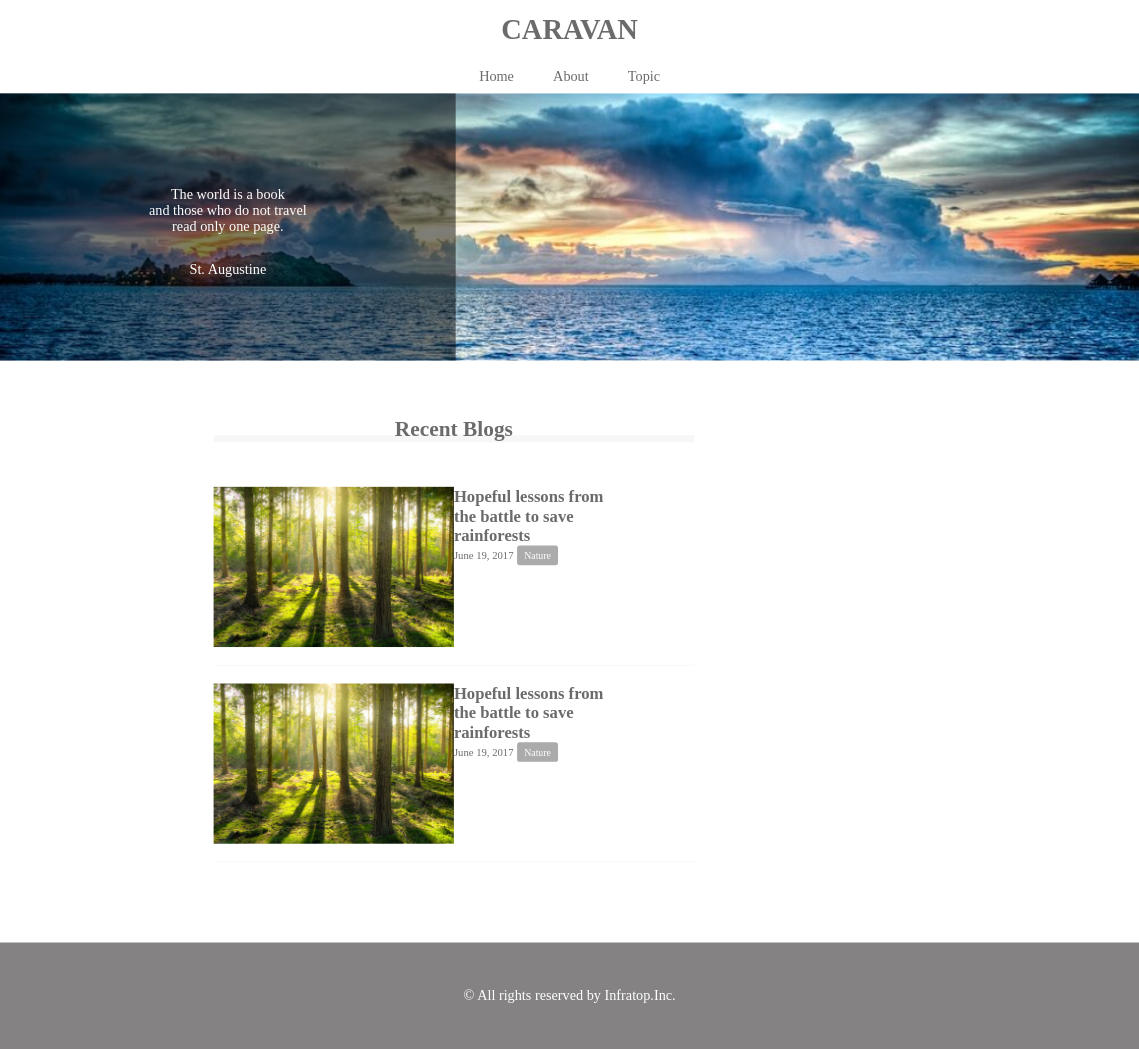
Repository: RAM-OK/git-practice
Page: caravan/index.html
The author's editor kept a record of every edit. The page is drawn from the files as they stood at one moment, then again after the next edit.
The browser window is 1280 px wide. The pictures show the whole page, at 89% of full size.

Above is the page before.

### caravan/index.html
<!DOCTYPE html>
<html lang="ja">
  <head>
    <meta charset="UTF-8" />
    <!-- CSSファイルの読み込み -->
    <link rel="stylesheet" href="style.css" />
    <title>CARAVAN</title>
  </head>

  <body>
    <!-- header -->
    <header>
      <h1 class="heading">
        <a href="index.html">
          CARAVAN
        </a>
      </h1>
    </header>

    <!-- navigation -->
    <nav>
      <ul class="nav-list">
        <li class="nav-list-item">
          <a href="index.html">Home</a>
        </li>
        <li class="nav-list-item">About</li>
        <li class="nav-list-item">Topic</li>
        </ul>
    </nav>

    <!-- main-visual用のdiv -->
    <div class="main-visual">
      <div class="main-visual-content">
    <p class="main-visual-text">
      The world is a book<br />
      and those who do not travel<br />
      read only one page.
    </p>
    <p class="main-visual-name">
      St. Augustine
    </p>
    　</div>
    </div>

    <!-- main用のdiv -->
    <main>
      <section class="blog">
        <h2 class="blog-heading">Recent Blogs</h2>
        <div class="blog-box">
        <div class="blog-item">
          <img class="blog-image" src="img/forest.jpg">
          <section class="blog-text">
            <h3 class="blog-text-heading">
              <a href="single.html">
                Hopeful lessons from<br />
                the battle to save<br />
                rainforests
              </a>
            </h3>
            <p class="blog-date">June 19, 2017</p>
            <span class="category">Nature</span>
          </section>
        </div>
        <div class="blog-item">
          <img class="blog-image" src="img/forest.jpg">
          <section class="blog-text">
            <h3 class="blog-text-heading">
              <a href="single.html">
                Hopeful lessons from<br />
                the battle to save<br />
                rainforests
              </a>
            </h3>
            <p class="blog-date">June 19, 2017</p>
            <span class="category">Nature</span>
          </section>
        </div>

        </div>
       </div>
      </section>
      <div class="sidebar"></div>
    </main>

    <!-- footer -->
    <footer>
      <p class="footer-text">︎© All rights reserved by Infratop.Inc. </p>
    </footer>
  </body>
</html>

### caravan/style.css
/* ブラウザがそれぞれ持っているCSSをリセットするための記述 */
* {
  margin: 0;
  padding: 0;
  box-sizing: border-box;
  color: #6c6b6b;
}

a {
  text-decoration: none;
}

header {
  width: 90%; /* 横幅90% */
  padding: 15px 0;
  margin: 0 auto;
  text-align: center;
}

header .heading { /* headerタグ内のheadingクラスにのみ反映される */
 font-size: 32px;
}

.nav-list {
  text-align: center;
  padding: 10px 0;
  margin: 0 auto;
}

.nav-list-item {
  list-style: none;
  display: inline-block;
  margin: 0 20px;
}

.main-visual {
  width: 100%; /* 横幅いっぱい */
  height: 300px; /* 高さ300px */
  background-image: url(img/mv.jpg);
  background-size: cover; /* 縦横比を維持したまま背景領域を埋め尽くす */
  background-position: center; /* 背景画像を中央に配置 */
}

.main-visual-content {
  width: 40%; /* 横幅40% */
  height: 300px; /* 親の高さに揃える */
  background-color: rgba(0,0,0,0.5); /* 背景色を半透明の黒にする */
  text-align: center; /* 文字を中央揃えにする */
  padding-top: 105px; /* 上側の内側余白で垂直方向の位置を調整 */
}

.main-visual-text {
  color: #fff; /* 文字色を白に変更 */
}

.main-visual-name {
  margin-top: 30px; /* 上側の外側の余白 */
  color: #fff; /* 文字色を白に変更 */
}

main {
 width: 800px; /* 横幅800px */
 display: flex; /* Flexboxの利用 */
 justify-content: center; /* 要素横並び・中央寄せ */
 margin: 0 auto; /* 要素の中央揃え */
 padding: 70px 0; /* 上下に70px、左右に0pxの余白 */
}

.blog {
  width: 540px;
  margin-right: 30px; /* 領域の右側余白 */
}

.blog-heading {
  border-bottom: 8px solid #f7f7f7;
  text-align: center;
  line-height: 0.6;
}

.blog-box {
  padding-top: 50px;
}

.blog-item {
  padding-bottom: 20px;
  margin-bottom: 20px;
  border-bottom: 1px solid #f7f7f7;
  display: flex;
  justify-content: flex-start;
}

.blog-image {
  height: 180px;
}

.blog-text {
  padding: 25px 0 0 , 30px;
}



.blog-date {
  font-size: 12px;
  display: inline-block;
}

.category {
  display: inline-block;
  padding: 5px 8px;
  background-color: #acabab;
  border-radius: 3px;
  color: #fff;
  font-size: 11px;
}

.sidebar {
  width: 230px;
}

footer {
  width: 100%;
  height: 120px;
  text-align: center;
  line-height: 120px;
  background-color: #848282;
}

.footer-text {
  color: #fff;
}

After the next edit:
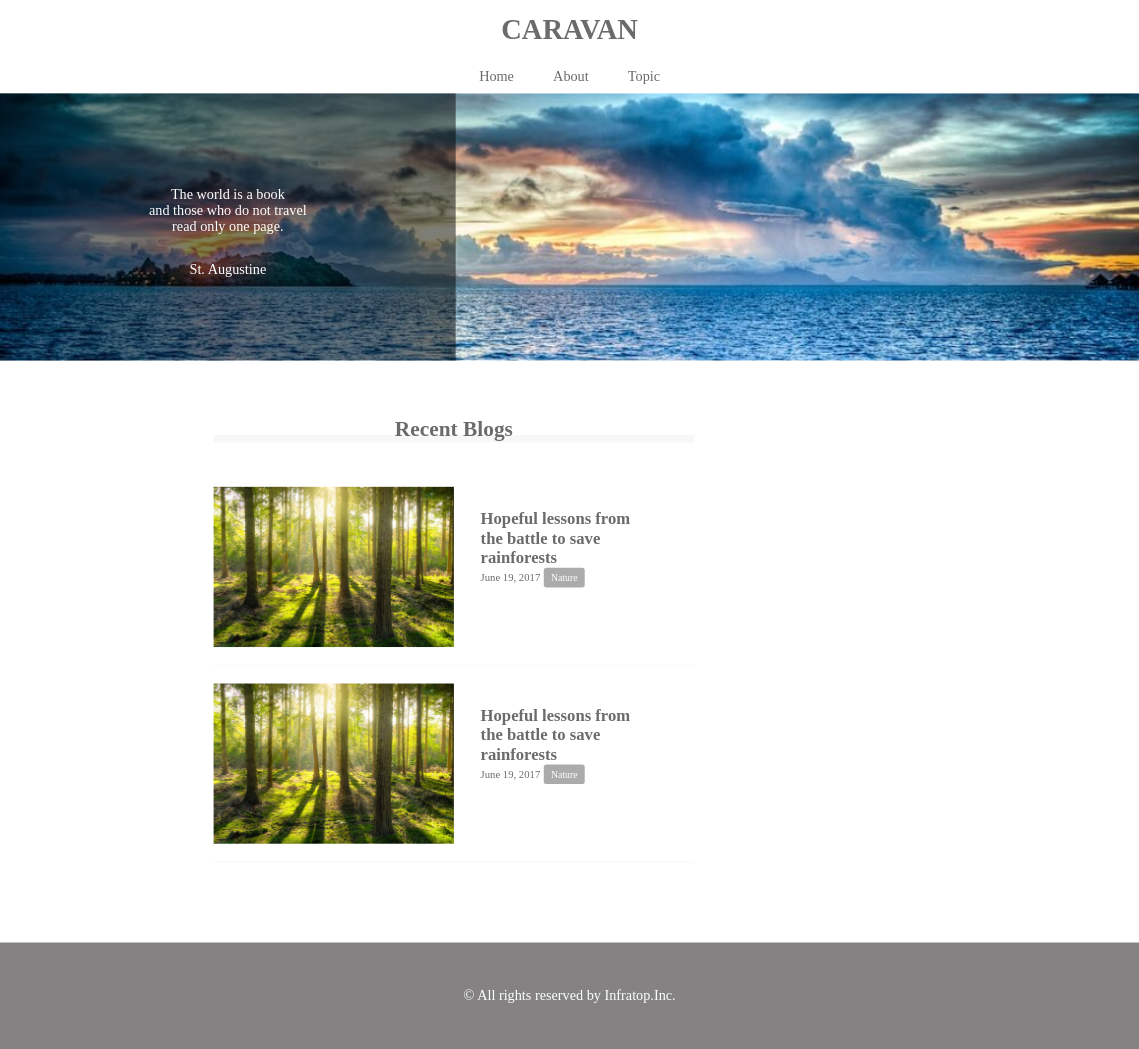
The edit:
--- a/caravan/style.css
+++ b/caravan/style.css
@@ -94,7 +94,7 @@
 }
 
 .blog-text {
-  padding: 25px 0 0 , 30px;
+  padding: 25px 0 0 30px;
 }
 
 
